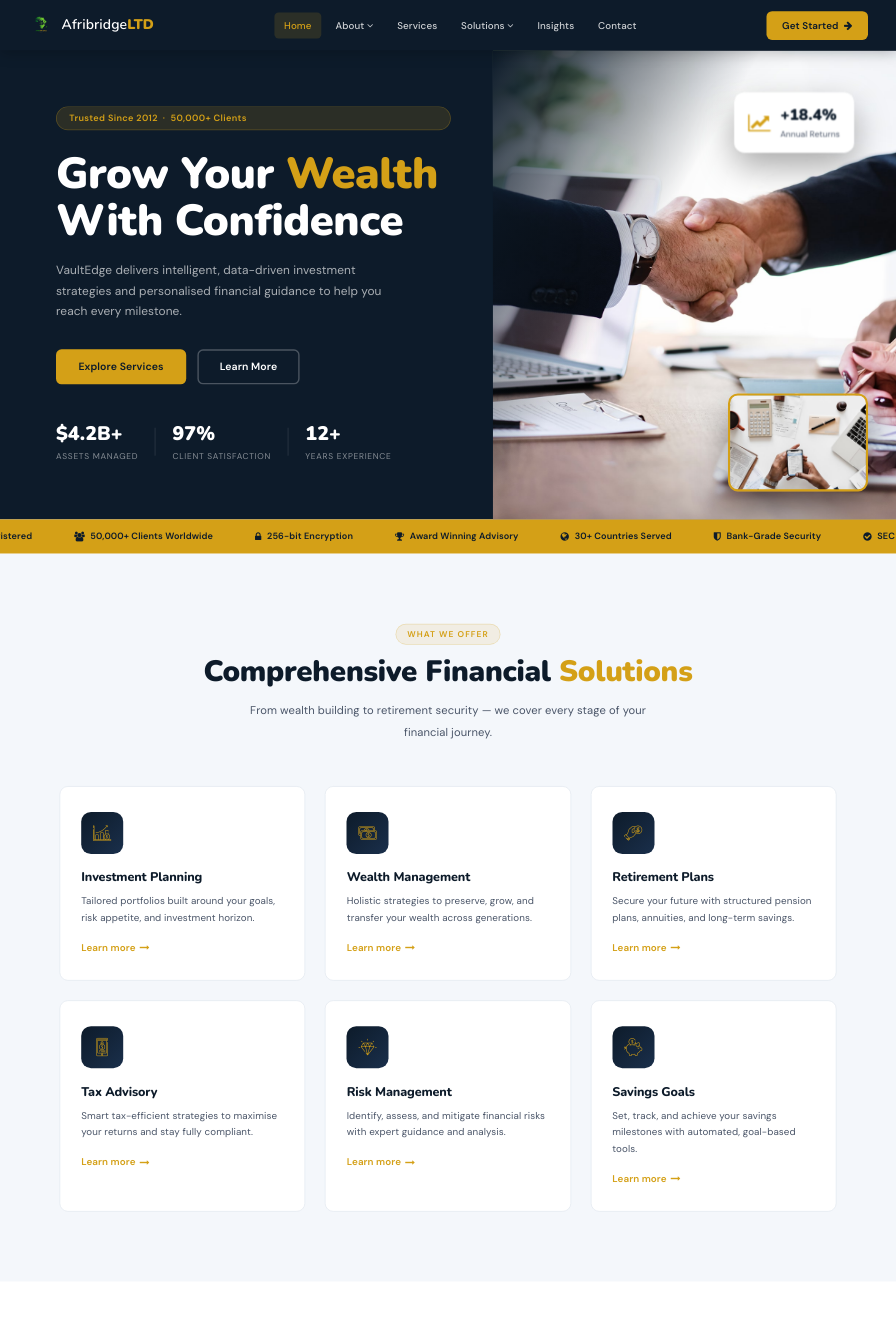
Repository: monk63/afribridgeltd
Page: afribridgeltd/index.html
An editor plug-in stored every save of this project. The page is shown before and after the next save, followed by the edit.
The browser window is 1280 px wide. The pictures show the part of the page from y = 0 to 1920 px (the page is 5448 px tall), at 70% of full size.
Some web fonts or font styles are not loaded; a fallback is used.

Above is the page before, as saved 2026-04-01 09:38:31.
Console error: RangeError: Maximum call stack size exceeded

After the next save:
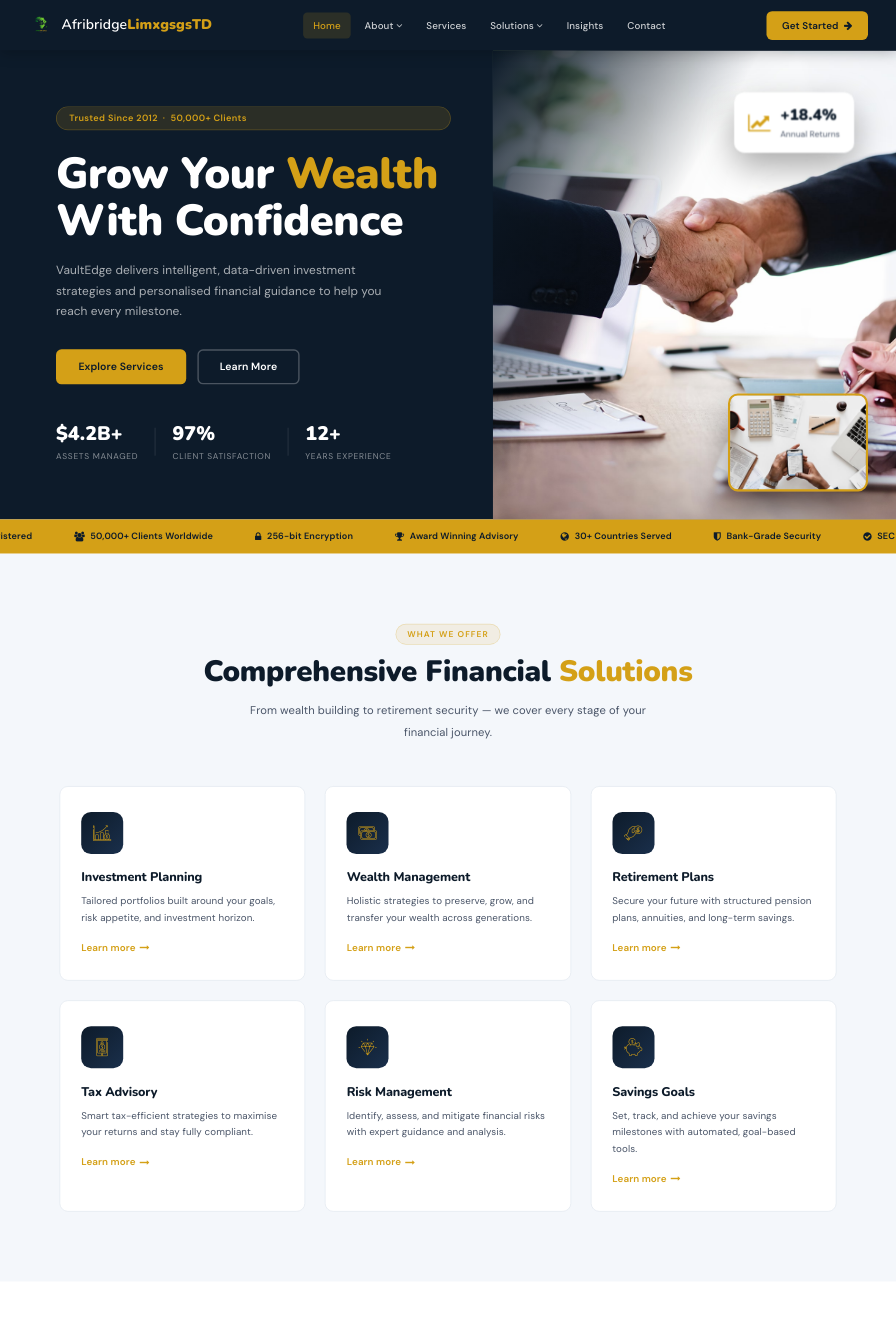
Saved 14 s later.
--- a/afribridgeltd/index.html
+++ b/afribridgeltd/index.html
@@ -7,7 +7,7 @@
     <meta http-equiv="X-UA-Compatible" content="IE=edge">
     <meta name="viewport" content="width=device-width, initial-scale=1, shrink-to-fit=no">
 
-    <title>Afribridge Ltd</title>
+    <title>AfribridgeLtd</title>
 
     <link rel="icon" href="img/core-img/aicon.jpg">
     <link rel="stylesheet" href="style.css">
@@ -27,7 +27,7 @@
             <div class="ve-logo">
                 <a href="index.html">
                     <img src="img/core-img/afri.png" alt="AfribridgeLtd" class="ve-logo-img" width="38" height="38">
-                    <span class="ve-logo-text">Afribridge<strong>LTD</strong></span>
+                    <span class="ve-logo-text">Afribridge<strong>LimxgsgsTD</strong></span>
                 </a>
             </div>
 
